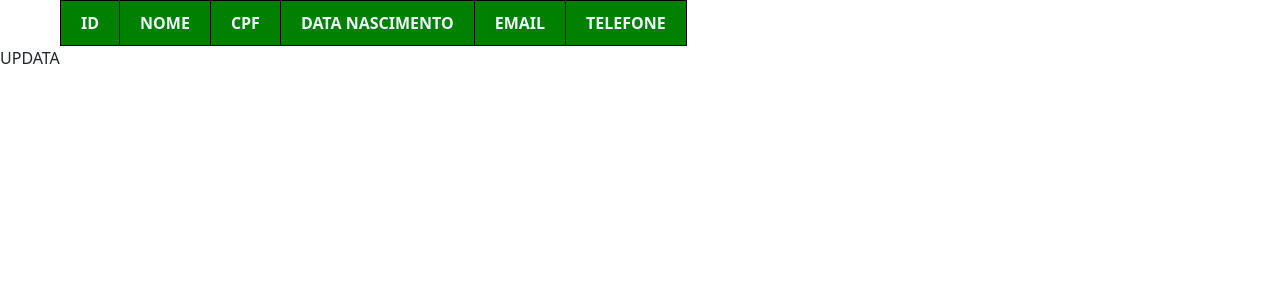
Repository: ujota/crud-cliente
Page: api-clientes/front/html/cliente.html
These files come from the project's save history. The page is drawn as it stood at one moment and after the next save; the edit follows.
The browser window is 1280 px wide. The pictures show the whole page.
The page's requests for data from a server got no answer.

Above is the page before, as saved 2022-10-03 19:19:26.

### api-clientes/front/html/cliente.html
<!DOCTYPE html>
<html lang="en">
<head>
    <meta charset="UTF-8">
    <meta http-equiv="X-UA-Compatible" content="IE=edge">
    <meta name="viewport" content="width=device-width, initial-scale=1.0">
    <title>Cliente</title>
    <link href="https://cdn.jsdelivr.net/npm/bootstrap@5.2.1/dist/css/bootstrap.min.css" rel="stylesheet" integrity="sha384-iYQeCzEYFbKjA/T2uDLTpkwGzCiq6soy8tYaI1GyVh/UjpbCx/TYkiZhlZB6+fzT" crossorigin="anonymous">
    <link rel="stylesheet" href="../css/cliente.css">
</head>
<body>
    <form action="#">
        <div id="body"></div>
		<div id="updata">UPDATA</div>
    </form>
</body>
    <script src="../scripts/cliente.js"></script>
    <script src="https://cdn.jsdelivr.net/npm/bootstrap@5.2.1/dist/js/bootstrap.bundle.min.js" integrity="sha384-u1OknCvxWvY5kfmNBILK2hRnQC3Pr17a+RTT6rIHI7NnikvbZlHgTPOOmMi466C8" crossorigin="anonymous"></script>
</html>

### api-clientes/front/css/cliente.css
table{
    margin-left: 60px;
    text-align: center;
    border-collapse: collapse;
    border-spacing: 0;
}
th{
    background-color: green;
    color: aliceblue;
}
th, td{
    text-transform: uppercase;
    border: 1px solid black;
    padding: 10px 20px;
}
td{
    background-color: azure;
}

### api-clientes/front/scripts/cliente.js
let table = document.createElement('table');


document.getElementById('body').appendChild(table);


let row_1 = document.createElement('tr');

let heading_1 = document.createElement('th');
heading_1.innerHTML = "ID";
let heading_2 = document.createElement('th');
heading_2.innerHTML = "Nome";
let heading_3 = document.createElement('th');
heading_3.innerHTML = "CPF";
let heading_4 = document.createElement('th');
heading_4.innerHTML = "Data Nascimento";
let heading_5 = document.createElement('th');
heading_5.innerHTML = "Email";
let heading_6 = document.createElement('th');
heading_6.innerHTML = "Telefone";

row_1.appendChild(heading_1);
row_1.appendChild(heading_2);
row_1.appendChild(heading_3);
row_1.appendChild(heading_4);
row_1.appendChild(heading_5);
row_1.appendChild(heading_6);
table.appendChild(row_1);

// let row_2 = document.createElement('tr');
// let row_2_data_1 = document.createElement('td');
// row_2_data_1.innerHTML = "1.";
// let row_2_data_2 = document.createElement('td');
// row_2_data_2.innerHTML = "João Pedro";
// let row_2_data_3 = document.createElement('td');
// row_2_data_3.innerHTML = "1997-01-31";
// let row_2_data_4 = document.createElement('td');
// row_2_data_4.innerHTML = "43495488820";
// let row_2_data_5 = document.createElement('td');
// row_2_data_5.innerHTML = "joao.silveerio@gmail.com";
// let row_2_data_6 = document.createElement('td');
// row_2_data_6.innerHTML = "11972247142";

// row_2.appendChild(row_2_data_1);
// row_2.appendChild(row_2_data_2);
// row_2.appendChild(row_2_data_3);
// row_2.appendChild(row_2_data_4);
// row_2.appendChild(row_2_data_5);
// row_2.appendChild(row_2_data_6);
// table.appendChild(row_2);







var my_headers = new Headers();
my_headers.append("Content-type", "application/json");


var requestOptions = {
	method: 'GET',
	headers: my_headers,
	redirect : 'follow'

};

fetch("http://localhost:8080/cliente",
requestOptions).then(reponse =>
    reponse.json())
	.then(result => {
        result.forEach((item, index, array)=>{
			let row_2 = document.createElement('tr');
			let row_2_data_1 = document.createElement('td');
			row_2_data_1.innerHTML = item["id"];
			let row_2_data_2 = document.createElement('td');
			row_2_data_2.innerHTML = item["nome"];
			let row_2_data_3 = document.createElement('td');
			row_2_data_3.innerHTML = item["cpf"];
			let row_2_data_4 = document.createElement('td');
			row_2_data_4.innerHTML = item["dataNascimento"];
			let row_2_data_5 = document.createElement('td');
			row_2_data_5.innerHTML = item["email"];
			let row_2_data_6 = document.createElement('td');
			row_2_data_6.innerHTML = item["telefone"];




			row_2.appendChild(row_2_data_1);
			row_2.appendChild(row_2_data_2);
			row_2.appendChild(row_2_data_3);
			row_2.appendChild(row_2_data_4);
			row_2.appendChild(row_2_data_5);
			row_2.appendChild(row_2_data_6);
			table.appendChild(row_2);

          })
		})
		.catch(error => alert(error))

After the next save:
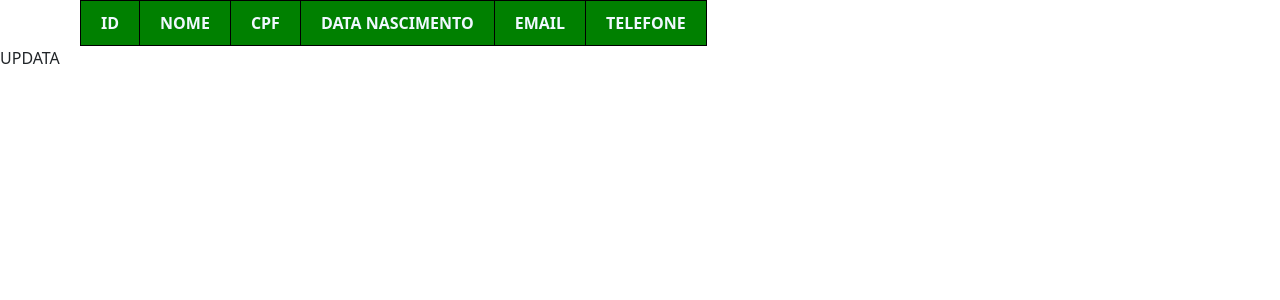
Saved 72 s later.
--- a/api-clientes/front/css/cliente.css
+++ b/api-clientes/front/css/cliente.css
@@ -1,5 +1,5 @@
 table{
-    margin-left: 60px;
+    margin-left: 80px;
     text-align: center;
     border-collapse: collapse;
     border-spacing: 0;
